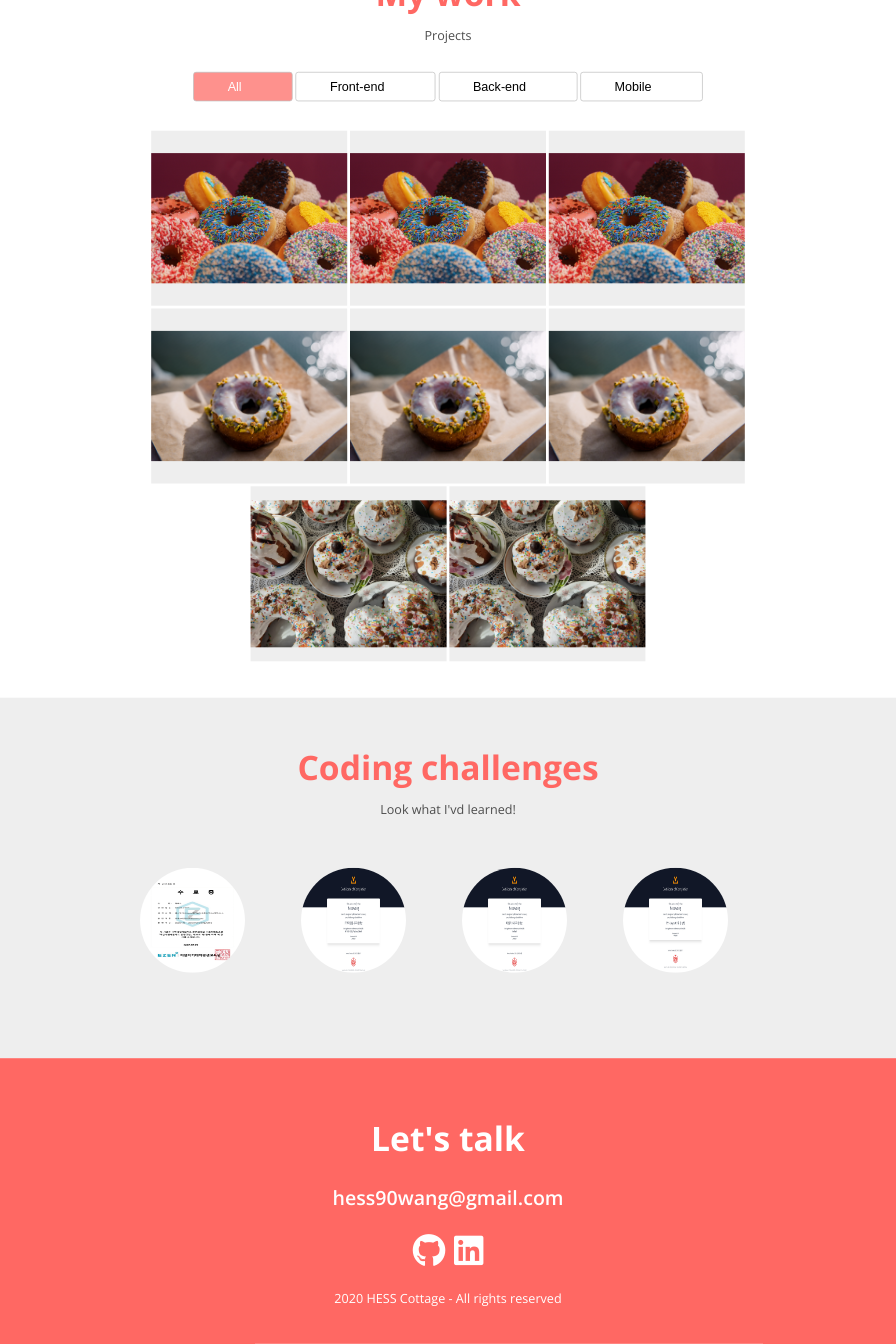
Repository: hesshess/Portfolio
Page: index.html
These files come from the project's save history. The page is drawn as it stood at one moment and after a run of saves; the edit follows.
The browser window is 1280 px wide. The pictures show the part of the page from y = 2494 to 4414 px (the page is 4414 px tall), at 70% of full size.
Some web libraries are served in a nearby version.

Above is the page before, as saved 2022-10-18 14:05:26.

After the next 2 saves:
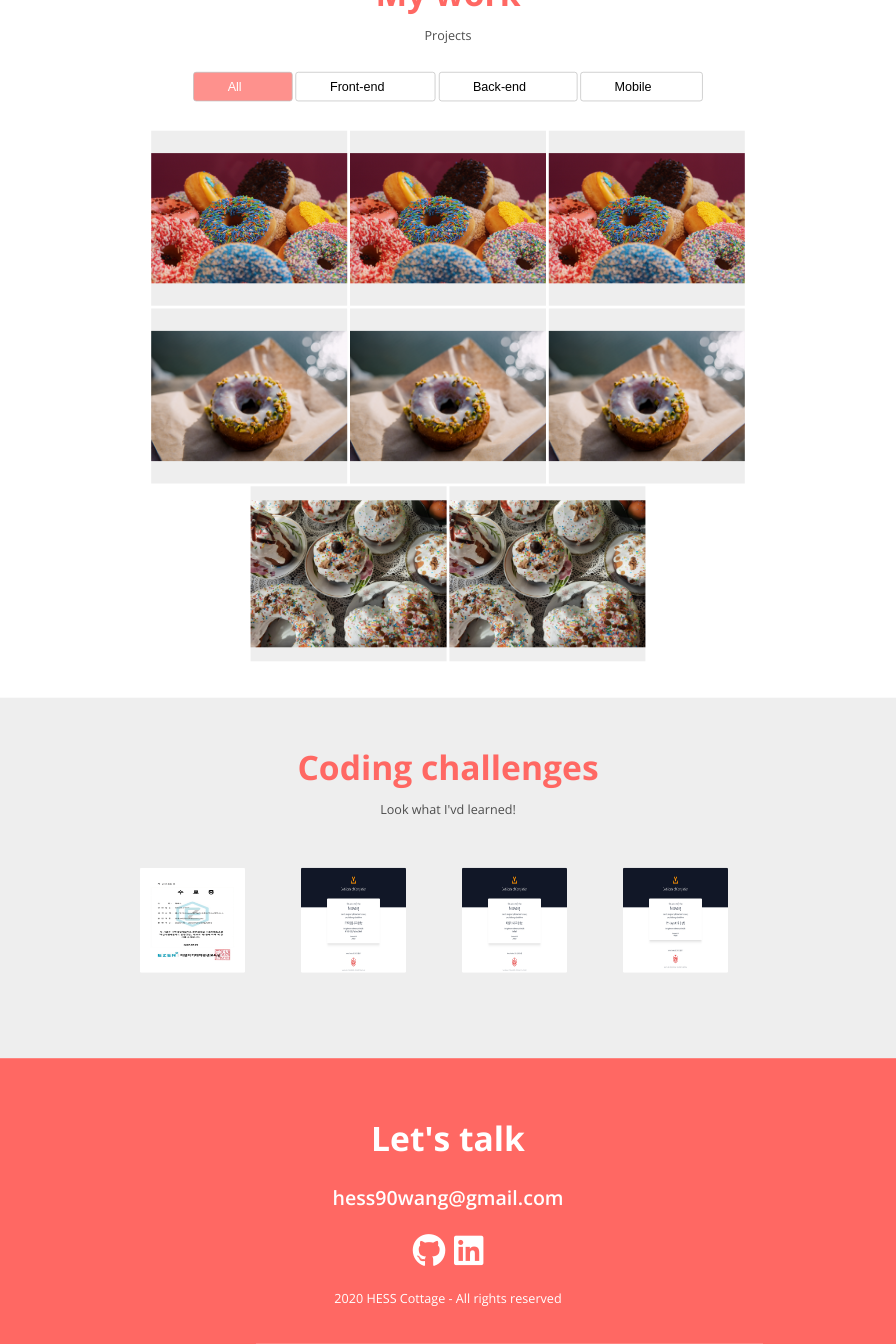
The 2 saves are shown as one change because they came seconds apart.
The last was saved 93 s later.
--- a/style.css
+++ b/style.css
@@ -484,7 +484,7 @@
 .testimonial__avatar{
   width:150px;
   height:150px;
-  border-radius: 50%;
+  border-radius: 2px;
 
 }
 .testimonial__avatar:nth-child(odd){
